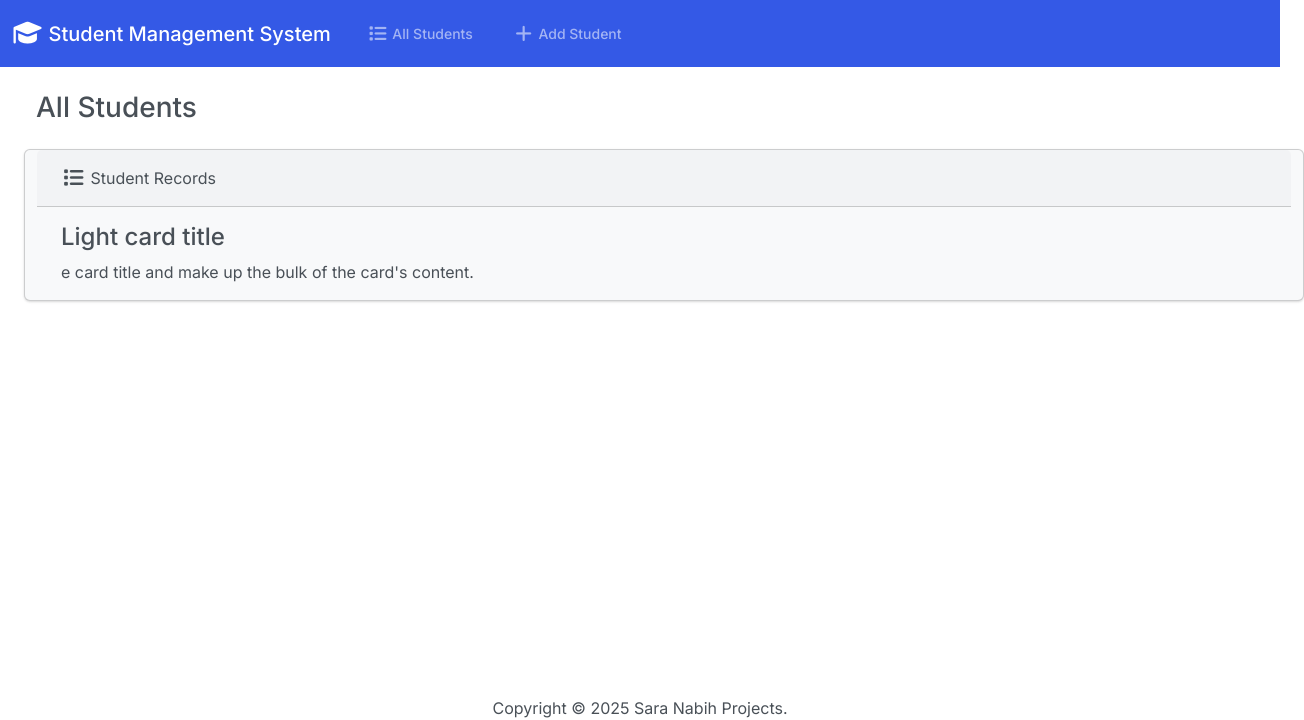
Repository: saraanbih/Student-Management-System
Page: http://localhost/
An editor plug-in stored every save of this project. The page is shown before and after the next save, followed by the edit.
The browser window is 1280 px wide. The page is 1304 px wide, so the pictures cover 1304 px, including what lies to the right of the window. The pictures show the whole page.
Some web libraries are served in a nearby version. The page is served by the project's application, run on Django 5.2 (manage.py). Other server files are loaded and not shown. The page reads the database file committed with the project.

Above is the page before, as saved 2025-09-11 16:08:32.

### students/templates/students/index.html
{% load static %}
<!DOCTYPE html>
<html lang="en">
  <head>
    <meta charset="UTF-8" />
    <meta name="viewport" content="width=device-width, initial-scale=1.0" />
    <title>Student Management System</title>
    <link rel="stylesheet" href="https://cdnjs.cloudflare.com/ajax/libs/font-awesome/7.0.1/css/all.min.css" />
    <link href="{% static 'css/bootstrap.min.css' %}" rel="stylesheet" />
  </head>
  <body class="d-flex flex-column min-vh-100">
    <nav class="navbar navbar-expand-lg bg-primary" data-bs-theme="dark">
      <div class="container-fluid">
        <a class="navbar-brand" href="#">
          <i class="fa-solid fa-graduation-cap fa-lg"></i> Student Management System
        </a>
        <button
          class="navbar-toggler"
          type="button"
          data-bs-toggle="collapse"
          data-bs-target="#navbarColor01"
          aria-controls="navbarColor01"
          aria-expanded="false"
          aria-label="Toggle navigation"
        >
          <span class="navbar-toggler-icon"></span>
        </button>
        <div class="collapse navbar-collapse" id="navbarColor01">
          <ul class="navbar-nav me-auto">
            <li class="nav-item">
              <a class="nav-link" href="#">
                <i class="fa-solid fa-list fa-lg"></i> All Students
              </a>
            </li>
            <li class="nav-item">
              <a class="nav-link" href="#">
                <i class="fa-solid fa-plus fa-lg"></i> Add Student
              </a>
            </li>
          </ul>
        </div>
      </div>
    </nav>

    <div class="container-fluid">
      <h3 class="m-4">All Students</h3>
      <div class="row">
        <div class="col-12">
          {% if students %}
          </div>
            <div class="card bg-light ms-4 me-4 mb-4">
              <div class="card-header">
                  <i class="fa-solid fa-list fa-lg"></i> Student Records
              </div>
              <div class="card-body">
                <h4 class="card-title">Light card title</h4>
                <p class="card-text">e card title and make up the bulk of the card's content.</p>
              </div>
            </div>
          {% else %}
          <h5 class="card bg-light ms-4 me-4 mb-4">No Students Records</h5>
          {% endif %}
        </div>
      </div>
    </div>
    <footer class="mt-auto mp-4">
      <div class="text-center">
        <span>
          Copyright &copy; <script>document.write(new Date().getFullYear())</script> Sara Nabih Projects.
        </span>
      </div>

    </footer>
    <script
      src="https://cdn.jsdelivr.net/npm/bootstrap@5.3.8/dist/js/bootstrap.bundle.min.js"
      integrity="sha384-FKyoEForCGlyvwx9Hj09JcYn3nv7wiPVlz7YYwJrWVcXK/BmnVDxM+D2scQbITxI"
      crossorigin="anonymous"
    ></script>
  </body>
</html>

### students/models.py
from django.db import models

# Create your models here.

class Student(models.Model):
  student_number = models.PositiveBigIntegerField
  first_name = models.CharField(max_length=50)
  last_name = models.CharField(max_length=50)
  email = models.EmailField(max_length=100)
  field_of_study = models.CharField(max_length=50)
  gpa = models.FloatField()

  def __str__(self):
    return f"{self.first_name} {self.last_name}"

### students/views.py
from django.shortcuts import render
from .models import Student

# Create your views here.
def index(request):
  return render(request, 'students/index.html', {
    'students': Student.objects.all()
  })

### django_project/urls.py
"""
URL configuration for django_project project.

The `urlpatterns` list routes URLs to views. For more information please see:
    https://docs.djangoproject.com/en/5.2/topics/http/urls/
Examples:
Function views
    1. Add an import:  from my_app import views
    2. Add a URL to urlpatterns:  path('', views.home, name='home')
Class-based views
    1. Add an import:  from other_app.views import Home
    2. Add a URL to urlpatterns:  path('', Home.as_view(), name='home')
Including another URLconf
    1. Import the include() function: from django.urls import include, path
    2. Add a URL to urlpatterns:  path('blog/', include('blog.urls'))
"""
from django.contrib import admin
from django.urls import path, include

urlpatterns = [
    path('admin/', admin.site.urls),
    path('', include('students.urls')),
]

### students/urls.py
from django.urls import path
from . import views

urlpatterns = [
  path('', views.index, name='index'),

]

### db.sqlite3 (the tables this page reads, as SQL)
CREATE TABLE "students_student" ("id" integer NOT NULL PRIMARY KEY AUTOINCREMENT, "first_name" varchar(50) NOT NULL, "last_name" varchar(50) NOT NULL, "email" varchar(100) NOT NULL, "field_of_study" varchar(50) NOT NULL, "gpa" real NOT NULL, "student_number" bigint unsigned NOT NULL CHECK ("student_number" >= 0));
INSERT INTO "students_student" VALUES
(4, 'Sara', 'Nabih', 'nabihsara8@gmail.com', 'Computer Science', 3.8, 400),
(6, 'Mahmoud', 'Ali', 'mahmoud32@gmail.com', 'Engineer', 3.09, 7),
(7, 'Omar', 'Ahmed', 'omar@gmail.com', 'Network', 3.08, 42),
(8, 'Hazem', 'Ali', 'hazem.ali@gmail.com', 'Backend', 3.0, 23);

Loaded but not shown: students/static/css/bootstrap.min.css (library)

After the next save:
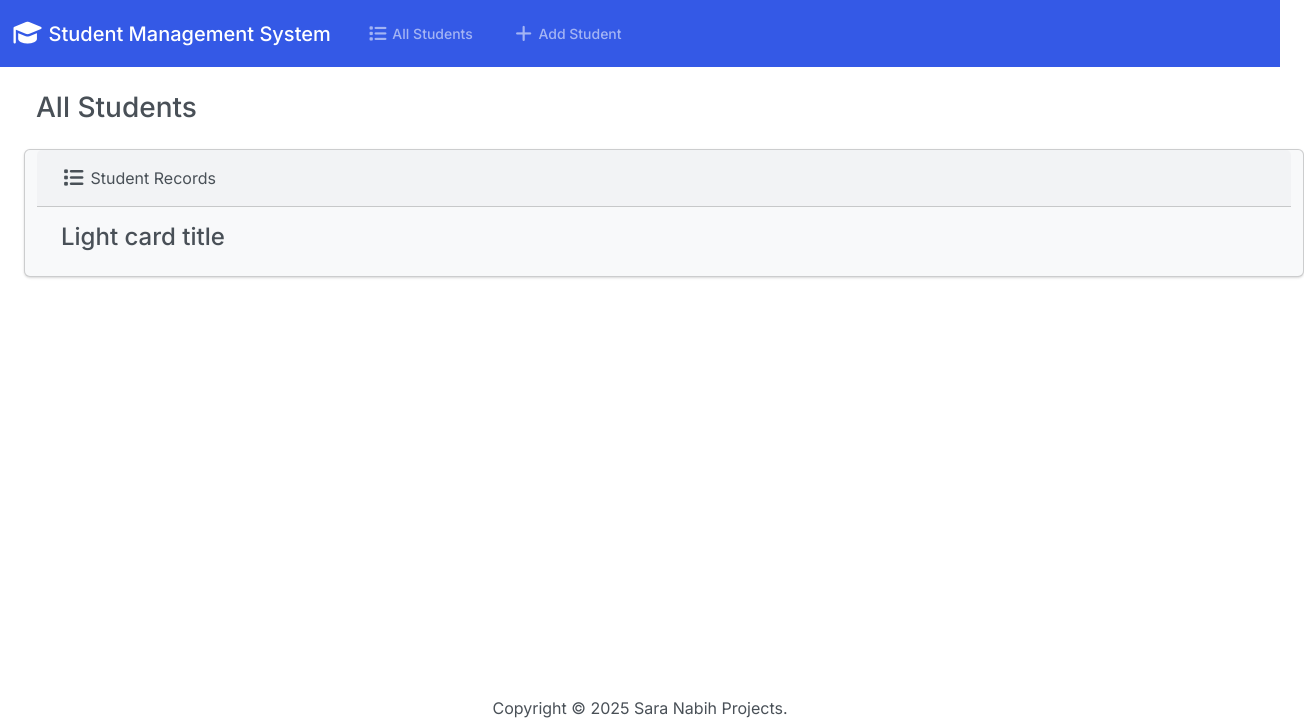
Saved 4 s later.
--- a/students/templates/students/index.html
+++ b/students/templates/students/index.html
@@ -54,7 +54,7 @@
               </div>
               <div class="card-body">
                 <h4 class="card-title">Light card title</h4>
-                <p class="card-text">e card title and make up the bulk of the card's content.</p>
+                <p class="card-text"></p>
               </div>
             </div>
           {% else %}
